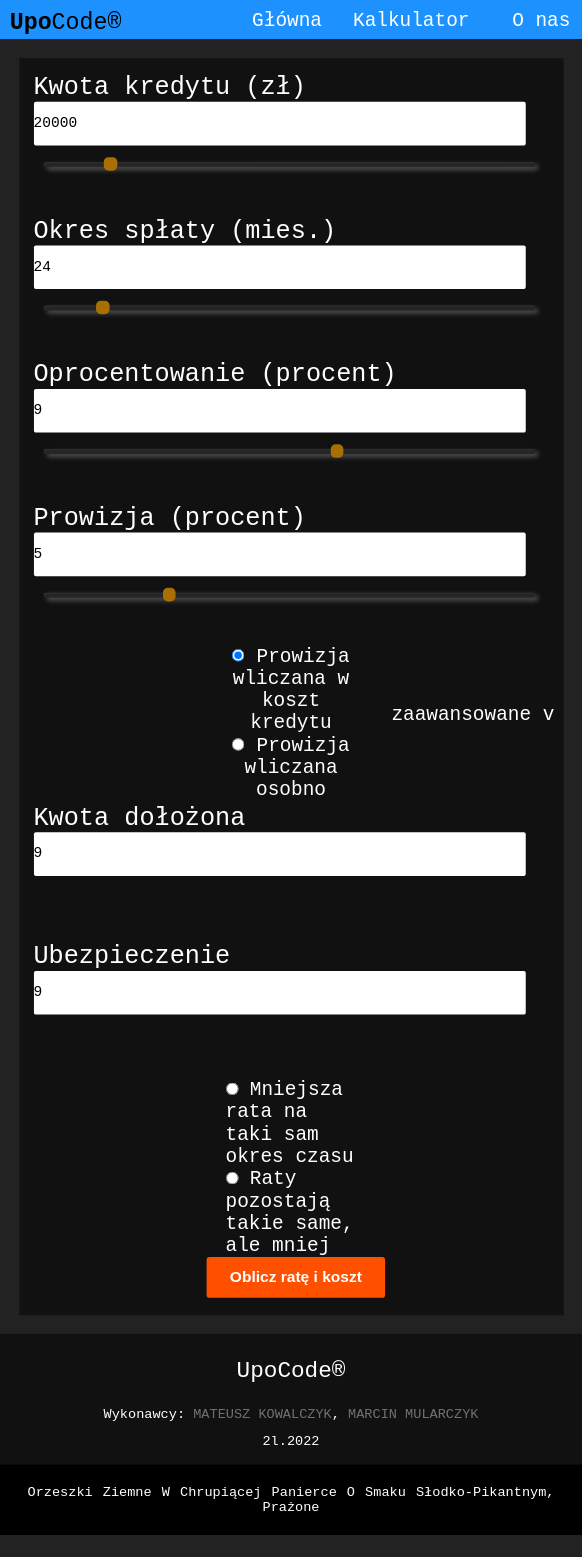
Repository: Klemingway/egzamin
Page: kalkulator.html
These files come from the project's save history. The page is drawn as it stood at one moment and after the next save; the edit follows.
The browser window is 600 px wide. The pictures show the whole page, at 97% of full size.

Above is the page before, as saved 2023-01-25 12:20:53.

### kalkulator.html
<!DOCTYPE html>
<html lang="pl">

<head>
    <meta charset="UTF-8">
    <meta http-equiv="X-UA-Compatible" content="IE=edge">
    <meta name="viewport" content="width=device-width, initial-scale=1.0">
    <link rel="stylesheet" href="style/styl.css">
    <link rel="shortcut icon" href="img/ikonna.png" type="image/x-icon">
    <script src="js/script.js"></script>
    <title>Bankowy</title>
</head>
<header>

    <div id="hod">
        <a style="text-decoration: none;color: white;" href="index.html">Główna</a>
        <a style="text-decoration: none;color: white;" href="kalkulator.html">Kalkulator</a> &puncsp;
        <div id="hod1"><a style="text-decoration: none; color: white;" href="bl.html">O nas</a></div>
    </div>
    <div id="hzd">
        <b>Upo</b>Code®
    </div>
</header>

<div id="gl">

    <div id="d1" class="d">
        Kwota kredytu (zł)
        <input type="text" name="kwota" pattern="[0-9]" id="kwota" class="wej" value="20000" onchange="document.getElementById('r1').value = this.value/1000"><br>
        <input type="range" min="1" max="150" value="20" id="r1" class="slider" oninput="document.getElementById('kwota').value = this.value*1000; ">
    </div>

    <div id="d2" class="d">
        Okres spłaty (mies.)
        <input type="text" name="splata" pattern="[0-9]" id="splata" class="wej" value="24" onchange="document.getElementById('r2').value = this.value"><br>
        <input type="range" min="12" max="120" value="24" id="r2" class="slider" oninput="document.getElementById('splata').value = this.value;">
    </div>


    <div id="d3" class="d">
        Oprocentowanie (procent)
        <input type="text" name="splata" pattern="[0-9]" id="oproc" class="wej" value="9" onchange="document.getElementById('r3').value = this.value*100"><br>
        <input type="range" min="1" max="1500" value="900" id="r3" class="slider" oninput="document.getElementById('oproc').value = this.value/100;">
    </div>

    <div id="d4" class="d">
        Prowizja (procent)
        <input type="text" name="prowiz" pattern="[0-9]" id="prowiz" class="wej" value="5" onchange="document.getElementById('r4').value = this.value"><br>
        <input type="range" min="0" max="20" value="5" id="r4" class="slider" oninput="document.getElementById('prowiz').value = this.value;">
    </div>

    <div id="d5" class="dradio">
        <label class="l1">
        <input type="radio" checked name="choice" value="wariant1" class="radio"> Prowizja wliczana w koszt kredytu
        </label>
        <label class="l2">
            <input type="radio" name="choice" value="wariant2" class="radio">
            Prowizja wliczana osobno
        </label>
    </div>
    <br>
    <div id="d6">
        <a onclick="zaawansowane()" style="margin-bottom: 100px;">zaawansowane v</a>
    </div>
    <div id="d8" class="d">
        Kwota dołożona
        <input type="text" name="kwotadodana" pattern="[0-9]" id="kwotadodana" class="wej" value="9">
    </div>
    <div id="d9" class="d">
        Ubezpieczenie
        <input type="text" name="ubezpieczenie" pattern="[0-9]" id="ubezpieczenie" class="wej" value="9">
    </div>
    <div id="d10" class="dradio">
        <label class="l1">
            <input type="radio" name="choice2" class="radio" value="rat_tyle_samo">
            Mniejsza rata na taki sam okres czasu
        </label>
        <label class="l2">
            <input type="radio" name="choice2" class="radio" value="rat_mniej">
            Raty pozostają takie same, ale mniej
        </label>
    </div>
    <div id="d7">
        <input type="button" id="guzik" value="Oblicz ratę i koszt" onclick="test()">
    </div>

</div>
<!-- <div id="wyniki">

</div> -->



<footer>
    <div id="zawfoot">
        <h3>UpoCode®</h3>
        <p>Wykonawcy: <span>Mateusz Kowalczyk</span>, <span>Marcin Mularczyk</span><br>2l.2022</p>

    </div>
    <div class="dol">
        <p>Orzeszki ziemne w chrupiącej panierce o smaku słodko-pikantnym, prażone

        </p>
    </div>
</footer>

</body>

</html>

### style/styl.css
html,
body {
    padding: 0;
    margin: 0;
    font-family: monospace;
    background-color: #222222;
    overflow-x: hidden;
    min-height: 100%;
}

body::-webkit-scrollbar {
    width: 0.6em;
}

body::-webkit-scrollbar-track {
    -webkit-box-shadow: inset 0 0 6px rgba(0, 0, 0, 0.3);
}

body::-webkit-scrollbar-thumb {
    background-color: rgb(255, 136, 0);
}

body::-webkit-scrollbar-thumb:hover {
    background: rgba(255, 136, 0, 0.582);
}


/* header */

header {
    z-index: 5;
    text-decoration: none;
    padding-top: 0.5em;
    position: sticky;
    top: 0;
    height: 5vh;
    background-color: #1d92ff;
    width: 100vw;
    font-size: 20px;
}

#hzd {
    font-size: 1.2em;
    padding-left: 10px;
    background-color: #1d92ff;
}

#hod {
    float: right;
    word-spacing: 20px;
    margin-right: 2vw;
}

#hod1 {
    float: right;
    word-spacing: 0px;
}

#fw {
    position: relative;
    margin-top: 20px;
}


/* koniec headera */

#gl {
    padding-top: 1.5em;
    padding-left: 2em;
    padding-bottom: 2em;
    justify-content: center;
    background-color: #111111;
    color: white;
    margin: 1.5em;
    min-height: 20vh;
}


/* #d1 {
    background-color: aqua;
}

#d2 {
    background-color: brown;
}

#d3 {
    background-color: olive;
}

#d4 {
    background-color: orangered;
} */

#gll {
    background-color: #ff5000;
    width: 100%;
    height: auto;
    border: #ff5000 1px solid;
}

.dradio {
    font-size: 20px;
    padding-top: 5px;
    padding-left: 10em;
    padding-right: 10em;
    width: 100%;
    margin-bottom: 1em;
    /* background-color: gold; */
}

.l1 {
    float: left;
}

.l2 {
    float: right;
}

#d6 {
    margin: 2em;
    font-size: 20px;
    padding-top: 5px;
    width: 100%;
    text-align: center;
    margin-bottom: 2em;
    /* background-color: rgb(0, 255, 115); */
}

#d7 {
    margin: 5px;
    display: flex;
    width: 100%;
    justify-content: center;
}

.d {
    word-wrap: break-word;
    font-size: 2em;
    padding: 2px;
    width: 50%;
    float: left;
    min-height: 13vh;
    padding-right: 4em;
}

#wyniki {
    min-height: 25em;
    margin-bottom: 3em;
}


/* wejscia wyjscia */

.wej {
    float: right;
    border-radius: 2px;
    outline: none;
    border: none;
    font-family: monospace;
    height: 3em;
    width: 9em;
    font-size: 15px;
}

.slider {
    margin: 10px;
    -webkit-appearance: none;
    outline: none;
    border-radius: 3px;
    height: 0.6vh;
    width: 21vw;
    background-color: rgb(37, 37, 37);
    box-shadow: 3px 3px 6px rgb(89, 88, 92), inset 1px 1px 1px #313131;
}

.slider::-webkit-slider-thumb {
    -webkit-appearance: none;
    width: 1em;
    height: 1em;
    cursor: pointer;
    background-color: rgb(168, 111, 5);
    overflow: visible;
    border-radius: 5px;
}

#guzik {
    display: inline-block;
    outline: none;
    cursor: pointer;
    font-weight: 600;
    border-radius: 3px;
    padding: 12px 24px;
    border: 0;
    color: #fff;
    background: #ff5000;
    line-height: 1.15;
    font-size: 16px;
}

#guzik:hover {
    transition: all .1s ease;
    box-shadow: 0 0 0 0 #fff, 0 0 0 3px #1d92ff;
}


/* footer */

footer {
    position: absolute;
    bottom: 0;
    width: 100%;
    left: 0;
    right: 0;
    background: #111;
    height: auto;
    width: 100vW;
    font-family: monospace;
    padding-top: 20px;
    color: white;
}

#zawfoot {
    display: flex;
    align-items: center;
    justify-content: center;
    flex-direction: column;
    text-align: center;
}

#zawfoot h3 {
    font-size: 1.8rem;
    font-weight: 400;
    text-transform: capitalize;
    line-height: 3rem;
}

#zawfoot p {
    max-width: 500px;
    margin: 10px auto;
    line-height: 28px;
    font-size: 14px;
}

* {
    margin: 0;
    padding: 0;
    box-sizing: border-box;
}

.dol {
    background: #000;
    width: 100vw;
    padding: 20px 0;
    text-align: center;
}

.dol p {
    font-size: 14px;
    word-spacing: 2px;
    text-transform: capitalize;
}

#zawfoot span {
    text-transform: uppercase;
    opacity: .4;
    font-weight: 200;
}


/* koniec footera */

@media (max-width: 650px) {
    .d {
        padding-right: 1em;
        width: 100%;
        padding-bottom: 0;
        margin-bottom: 1.5em;
    }
    .slider {
        width: 100%;
    }
    .wej {
        width: 100%;
    }
    #gl {
        padding: 1em;
    }
    footer {
        position: relative;
    }
    #d5 {
        text-align: center;
    }
}

### js/script.js




function zaokrongl(variable) {
    return Math.round(variable * 100) / 100;
}
document.addEventListener('mouseup', function(e) {
    if(e.target.id == "dwd"){
        zamknij();
    }
    else if(e.target.id == "dwd2"){
        zamknij1();
    }
});
function tableCreate2(splata, k, oprocentowanie, kwota, rata, prowizja, kwota_dodana) {
    console.log("kwota: " + kwota);
    //tu sie dzieje magia sztańska i wgl ale no uwu
    var a = document.getElementById("wyniki2");
    // czyszczenie diva
    a.innerHTML = '';
    //ustawiamy sobie stałą
    const wyniki = document.a,
    // do tej stałej tworzymy element div
    div = document.createElement('div');
    // ustawiamy id diva jako tabela
    div.setAttribute("id", "tabela");
    //tworzymy tabele
    tbl = document.createElement('table');
    // dopisujemy tabele do diva
    div.appendChild(tbl);
    tbl.style.width = '110px';
    tbl.style.border = '1px solid black';

    var odsetki = 0,   suma_odsetek = 0,    suma = 0;
    var kapital = 0,   suma = 0,            kwota_kredytu=0;

    var element1 = document.getElementById('advanced2');
    var choice2 = document.getElementsByName('choice2');
    if(element1!==null && choice2[1].checked==true){
        kwota_kredytu= kwota - kwota_dodana;
        console.log("kwota+kredytu: " + kwota_kredytu)
    }
    else{
        kwota_kredytu = kwota;
        console.log("kwota+kredytu: " + kwota_kredytu)
    }
    // prosta pętla myśle że nic nie trzeba tłumaczyć
    loop1:
    for (let i = 0; i <= splata; i++) {
        const tr = tbl.insertRow();
        loop2:
        for (let j = 0; j < 4; j++) {
            odsetki = (oprocentowanie / k) * kwota_kredytu;


            kapital = rata - odsetki;
            const td = tr.insertCell();
            if (i == 0 && j == 0) {
                td.appendChild(document.createTextNode("L.p."));
                td.style.fontSize = '20px';
            } else if (i == 0 && j == 1) {
                td.appendChild(document.createTextNode("Odsetki"));
                td.style.fontSize = '20px';
            } else if (i == 0 && j == 2) {
                td.appendChild(document.createTextNode("Kapitał"));
                td.style.fontSize = '20px';
            } else if (i == 0 && j == 3) {
                td.appendChild(document.createTextNode("Wysokość raty"));
                td.style.fontSize = '20px';
            }
            if (j == 0 && i != 0) {
                if(kapital>=rata){
                    break loop1;
                }
                td.appendChild(document.createTextNode(i));
            } else if (j == 1 && i != 0) {
                suma_odsetek += odsetki;
                td.appendChild(document.createTextNode(zaokrongl(odsetki)));
            } else if (j == 2 && i != 0) {
                kwota_kredytu -= kapital;
                td.appendChild(document.createTextNode(zaokrongl(kapital)));
            } else if (j == 3 && i != 0) {
                suma += rata;
                td.appendChild(document.createTextNode(rata));
            }
            td.style.border = '1px solid black';

        }
    }
    console.log("Suma: "+suma)
    console.log("Suma odsetek: "+suma_odsetek)
    a.appendChild(div);
}
function obliczanie(I,N,oprocentowanie,choice,n,zaplata,prowizja,suma,k,kwota_dodana){
    var choice2 = document.getElementsByName('choice2');

        // jeżeli wybrane żeby Prowizja wliczana w koszt kredytu to wtedy to się liczy
        if (choice[0].checked == true) {
            prowizja = (document.getElementById("prowiz").value) / 100;

            prowizja = prowizja * N;
            // doliczamy prowizję do kwoty kredytu
            N = N * 1 + prowizja;

            // jeżeli okres spłaty wynosi mniej niż 12 miesięcy to analogicznie w roku
            // zapłacimy równowartość tego okresu bo w roku mamy max 12 rat
            k = 12;
            if (n < 12) {
                k = n;
            }
            for (var i = 1; i <= n; i++) {
                // no to tutaj przepisany wzór z matematycznego na kodowanie
                suma += Math.pow((1 + (oprocentowanie / k)), -i);
            }
            // tutaj jest licznik podzielony przez mianownik
            I = N / suma;
            // mnożymy naszą ratę razy ilość rat aby otrzymać ile będziemy musieli oddać bankowi
            zaplata = I * n;
            console.log("N: " + N)

            tableCreate2(n, k, oprocentowanie, N, zaokrongl(I), prowizja,kwota_dodana)
            document.getElementById("wyniki").innerHTML = "Wysokość raty: " + zaokrongl(I) + "<br>" +
                "Całkowita kwota do spłaty: " + zaokrongl(zaplata);

        // jeżeli wybrane żeby Prowizja wliczana osobno to wtedy to się liczy
        } else if (choice[1].checked == true) {
            prowizja = (document.getElementById("prowiz").value) / 100;
            prowizja = prowizja * N;
            // jeżeli okres spłaty wynosi mniej niż 12 miesięcy to analogicznie w roku zapłacimy równowartość tego okresu bo w roku mamy max 12 rat
            k = 12;
            if (n < 12) {
                k = n;
            }
            for (var i = 1; i <= n; i++) {
                // no to tutaj przepisany wzór z matematycznego na kodowanie
                suma += Math.pow((1 + (oprocentowanie / k)), -i);
            }
            // tutaj jest licznik podzielony przez mianownik
            I = N / suma;
            // mnożymy naszą ratę razy ilość rat aby otrzymać ile będziemy musieli oddać bankowi
            zaplata = I * n;
            // doliczamy prowizję po wszystkich obliczeniach
            zaplata = zaplata + prowizja;
            console.log("N: " + N)
            tableCreate2(n, k, oprocentowanie, N, zaokrongl(I), prowizja,kwota_dodana)
            document.getElementById("wyniki").innerHTML = "Wysokość raty: " + zaokrongl(I) + "<br>" +
                "Całkowita kwota do spłaty: " + zaokrongl(zaplata);
        }
        else{
            console.log("wda")
        }
        document.getElementById("dwd").style.backdropFilter = "blur(7px)";
        document.getElementById("wyniki").innerHTML += "<br><input type=\"button\" id='guzior1' onclick=\"pokaz()\" value=\"pokaż harmonogram rat\">";

}
function test() {
    document.getElementById("wyniki").style.visibility = "visible"; // a to to nwm pan mularczyk robił
    var I, N, oprocentowanie, k, n, suma = 0, zaplata, prowizja = 0;

    N = document.getElementById("kwota").value; // kwota kredytu
    oprocentowanie = document.getElementById("oproc").value/100; // oprocentowanie kredytu
    n = document.getElementById("splata").value; // okres splaty

    var choice = document.getElementsByName('choice');

    //////////////////////////////////////
    //                                  //
    // sprawdzenie czy jest rozwinięte  //
    //                                  //
    //////////////////////////////////////

    var element1 = document.getElementById('advanced2');
    var element2 = document.getElementById('advanced2');
    if(element1 !== null  && element2 !== null){
        var kwota_dodana = document.getElementById("kwotaDodana").value;
        var choice2 = document.getElementsByName('choice2'); // zaawansowane
        if(choice2[0].checked == true){
            console.log(kwota_dodana + "  " + "tyle samo rat ale mniejsza cena")
            //////////////////////////////////////////
            //                                      //
            //    tyle samo rat ale mniejsza cena   //
            //                                      //
            //////////////////////////////////////////
            N -= kwota_dodana;
            console.log("Nigger: " + N)
            obliczanie(I,N,oprocentowanie,choice,n,zaplata,prowizja,suma,k,kwota_dodana);

        }
        if(choice2[1].checked == true){
            console.log(kwota_dodana + "  " + "Mniej rat, po tej samej cenie raty")
            //////////////////////////////////////////
            //                                      //
            //  Mniej rat, po tej samej cenie raty  //
            //                                      //
            //////////////////////////////////////////


            obliczanie(I,N,oprocentowanie,choice,n,zaplata,prowizja,suma,k,kwota_dodana);
        }


    }
    else{
        obliczanie(I,N,oprocentowanie,choice,n,zaplata,prowizja,suma,k);
    }

}

function pokaz() {
    document.getElementById("dwd").style.visibility = "visible";
}

function zamknij() {
    document.getElementById("dwd").style.visibility = "hidden";
}
function pokaz1() {
    document.getElementById("dwd2").style.backdropFilter = "blur(7px)";
    document.getElementById("dwd2").style.visibility = "visible";
}

function zamknij1() {
    document.getElementById("dwd2").style.visibility = "hidden";
}

function zaawansowane(){
    var element = document.getElementById('advanced2');
    if(element === null){
        var a = document.getElementById("tabelka");
        const wyniki = document.a,
        /////////////////////////////////////////
        //                                     //
        //          input text kwata           //
        //                                     //
        /////////////////////////////////////////
        trA = document.createElement('tr');
        trA.setAttribute("id","advancedText");
        trA.setAttribute('style','position:relative; padding-top:200px; height:40px;')


        tdA = document.createElement('td');
        tdB = document.createElement('td');

        inputA = document.createElement('input');
        inputA.setAttribute('type','text');
        inputA.setAttribute('id','kwotaDodana');

        tdA.innerHTML += "Kwota dołożona";
        tdB.appendChild(inputA);
        trA.appendChild(tdA);
        trA.appendChild(tdB);
        a.appendChild(trA);

        tdA = document.createElement('td');
        tdB = document.createElement('td');

        inputA = document.createElement('input');
        inputA.setAttribute('type','text');
        inputA.setAttribute('id','ubezpieczenie');

        tdA.innerHTML += "Ubezpieczenie";
        tdB.appendChild(inputA);
        trA.appendChild(tdA);
        trA.appendChild(tdB);

        //a.appendChild(trB);
        a.appendChild(trA);

        /////////////////////////////////////////
        //                                     //
        //            inputy radio             //
        //                                     //
        /////////////////////////////////////////

        tr2 = document.createElement('tr');
        tr2.setAttribute("id", "advanced2");
        td1 = document.createElement('td');
        td1.setAttribute("colspan", "2");
        td1.setAttribute('style','text-align:center;');
        //style="text-align: center;"
        br = document.createElement('br');

        label1 = document.createElement('label');
        input1 = document.createElement('input');
        input1.setAttribute('type','radio');
        input1.setAttribute('name','choice2');
        input1.setAttribute('class','radio');
        input1.setAttribute('value','rat_mniej');

        label1.appendChild(input1);
        label1.innerHTML += ' Raty pozostają takie same, ale mniej';

        td2 = document.createElement('td');
        td2.setAttribute("colspan", "2");
        td2.setAttribute('style','text-align:center;');
        label2 = document.createElement('label');
        input2 = document.createElement('input');
        input2.setAttribute('type','radio');
        input2.setAttribute('name','choice2');
        input2.setAttribute('class','radio');
        input2.setAttribute('value','rat_tyle_samo');


        label2.appendChild(input2);
        label2.innerHTML += ' Mniejsza rata na taki sam okres czasu';


        td1.appendChild(br);
        td1.appendChild(label1);

        td2.appendChild(br);
        td2.appendChild(label2);

        tr2.appendChild(td2);
        tr2.appendChild(td1);

        a.appendChild(tr2);

        clicked = false;
    }
    else{
        var elem = document.getElementById("advanced2");
        elem.parentNode.removeChild(elem);
        elem = document.getElementById("advancedText");
        elem.parentNode.removeChild(elem);
    }
}

After the next save:
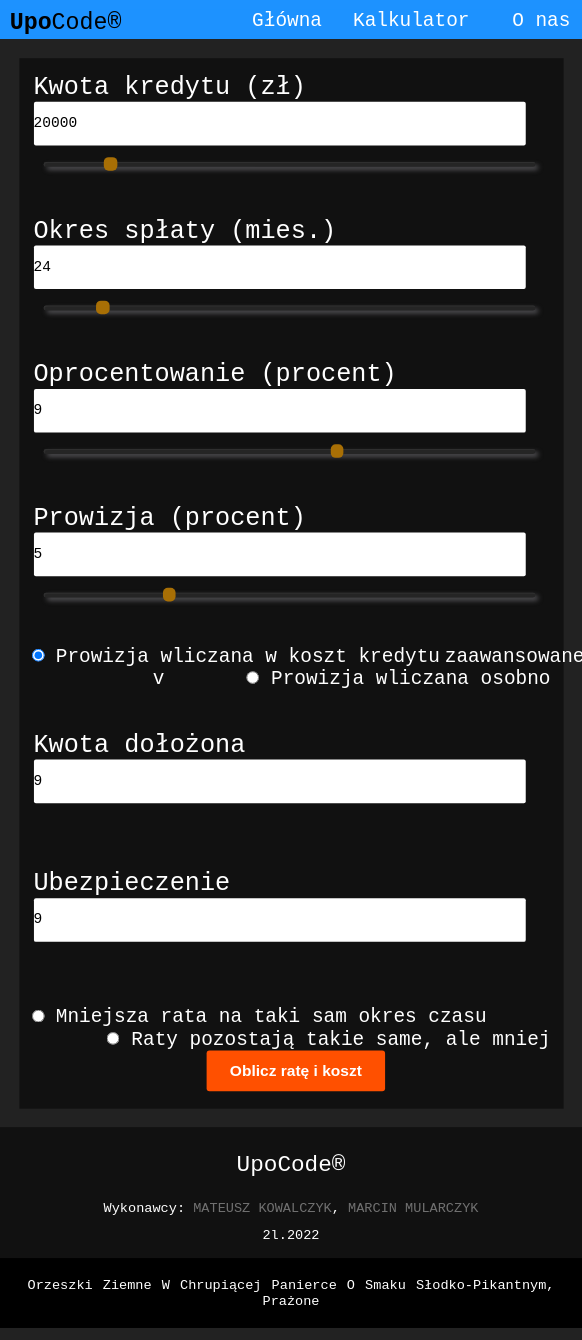
Saved 69 s later.
--- a/style/styl.css
+++ b/style/styl.css
@@ -277,6 +277,9 @@ footer {
         padding-bottom: 0;
         margin-bottom: 1.5em;
     }
+    .dradio {
+        padding: 0;
+    }
     .slider {
         width: 100%;
     }
